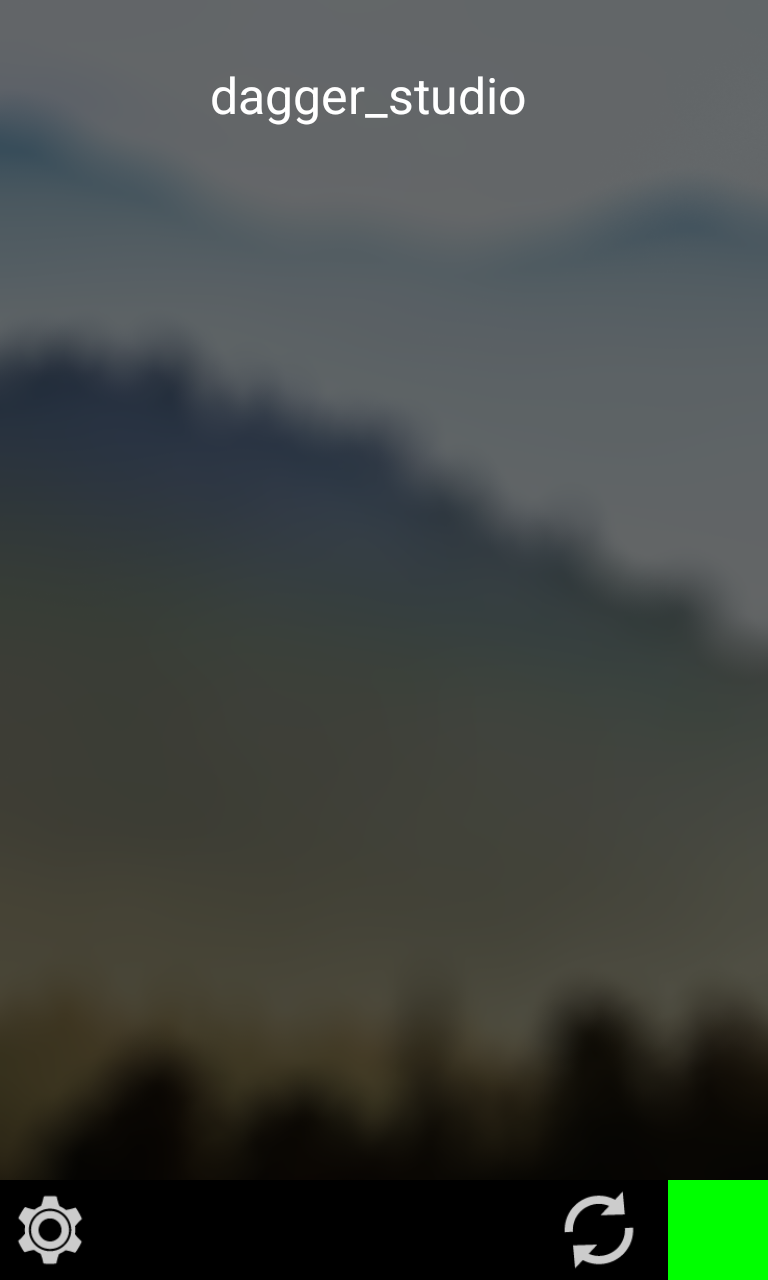
Repository: zhaoguoquan94/Purified
Layout: Android/Purified/res/layout/activity_main_drawer.xml
The author's editor kept a copy of each file at every save. The layout is drawn from the files as they stood at one save, then again after the next save.
It is drawn on a 768 x 1280 px phone screen (xhdpi) without system bars, with theme android:Theme; the app's code is not run. Lists and similar views that code fills are empty.

Above is the layout before, as saved 2014-07-03 08:54:42.

After the next save:
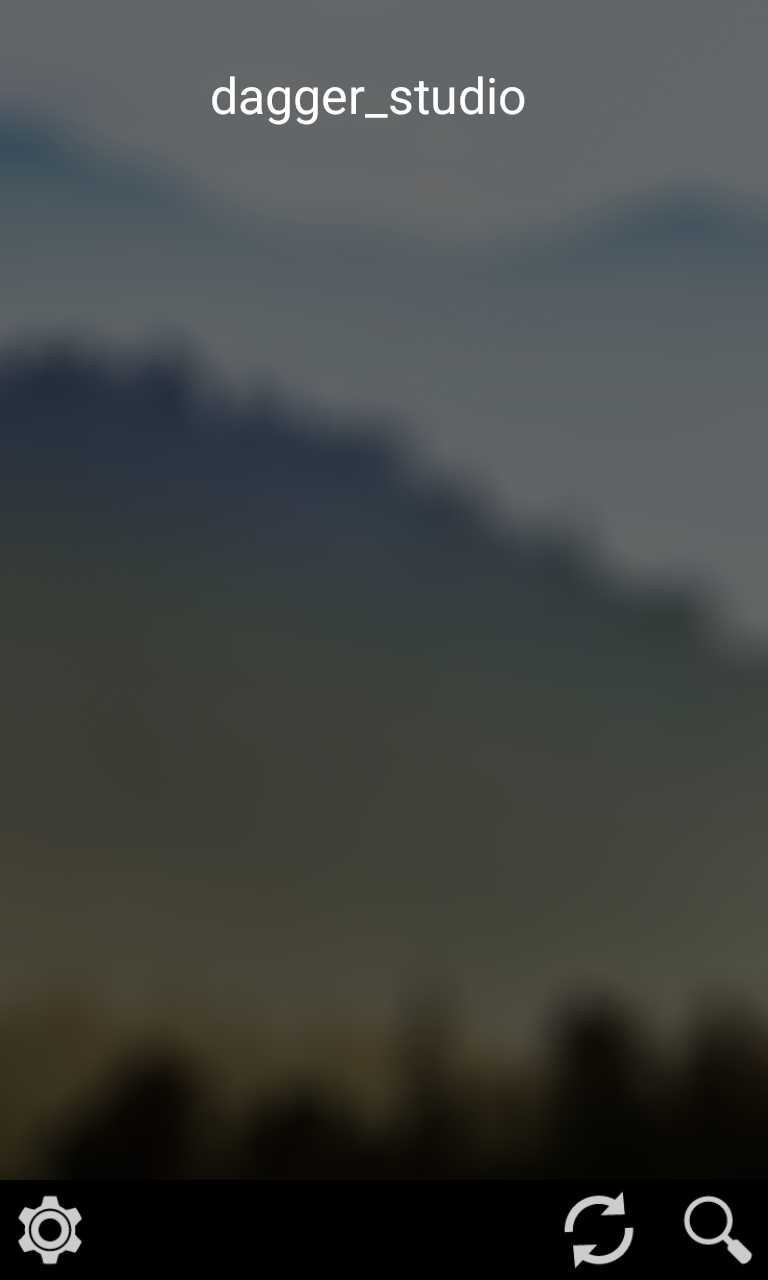
Saved 60 s later.
--- a/Android/Purified/res/layout/activity_main_drawer.xml
+++ b/Android/Purified/res/layout/activity_main_drawer.xml
@@ -69,7 +69,7 @@
             android:layout_height="50dp"
 			android:layout_alignParentRight="true"
             android:layout_alignParentTop="true"
-            android:background="#00FF00" />
+            android:background="@drawable/ic_action_search" />
 
     </RelativeLayout>
     <!-- 底部控制元件横栏 -->
